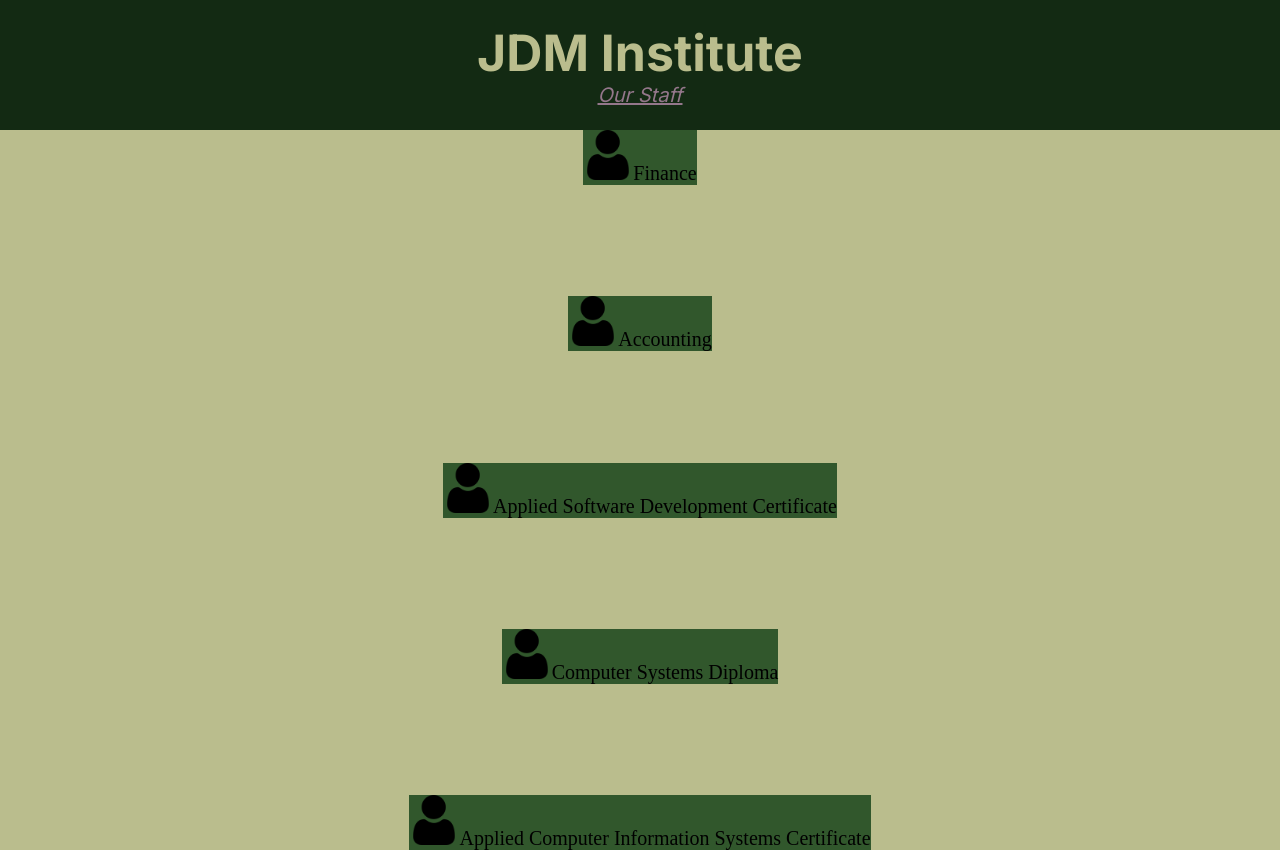
Repository: jennydmcm/class03practice
Page: /
The author's editor kept a copy of each file at every save. The page is drawn from the files as they stood at one save, then again after the next save.
The browser window is 1280 px wide. The pictures show the whole page.
The project was rebuilt for these pictures with package versions that can differ from the ones it lists, and the page was loaded fresh each time. The framework's server and built-in components were replaced by stand-ins that run in the browser. Also part of the build but not shown: next.config.js.

Above is the page before, as saved 2023-01-24 19:44:37.

After the next save:
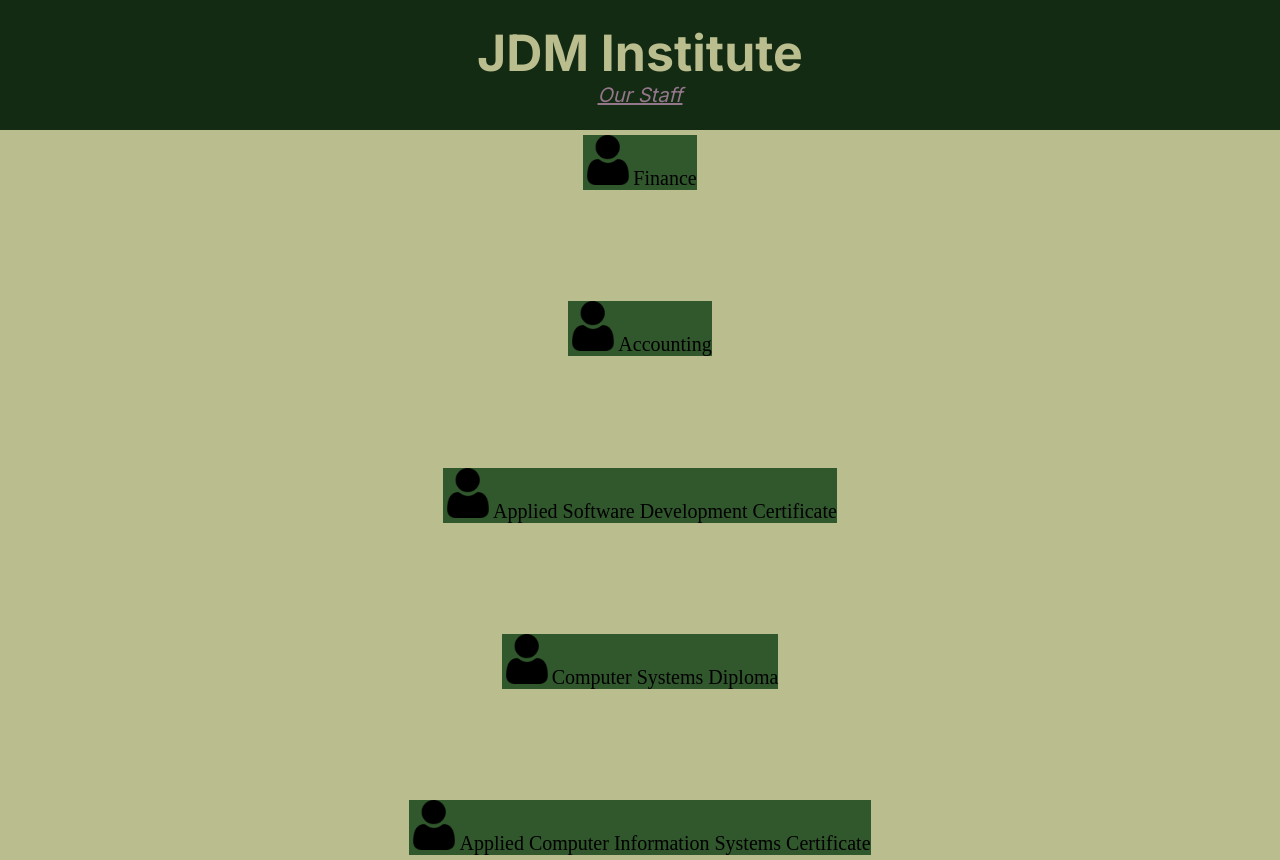
Saved 8 s later.
--- a/styles/Home.module.css
+++ b/styles/Home.module.css
@@ -36,6 +36,7 @@
   display: flex;
   flex-direction: column;
   align-items: center;
+  margin: 5px;
   gap: 20px;
   min-height: 100vh;
   background-color: #BABD8D;
